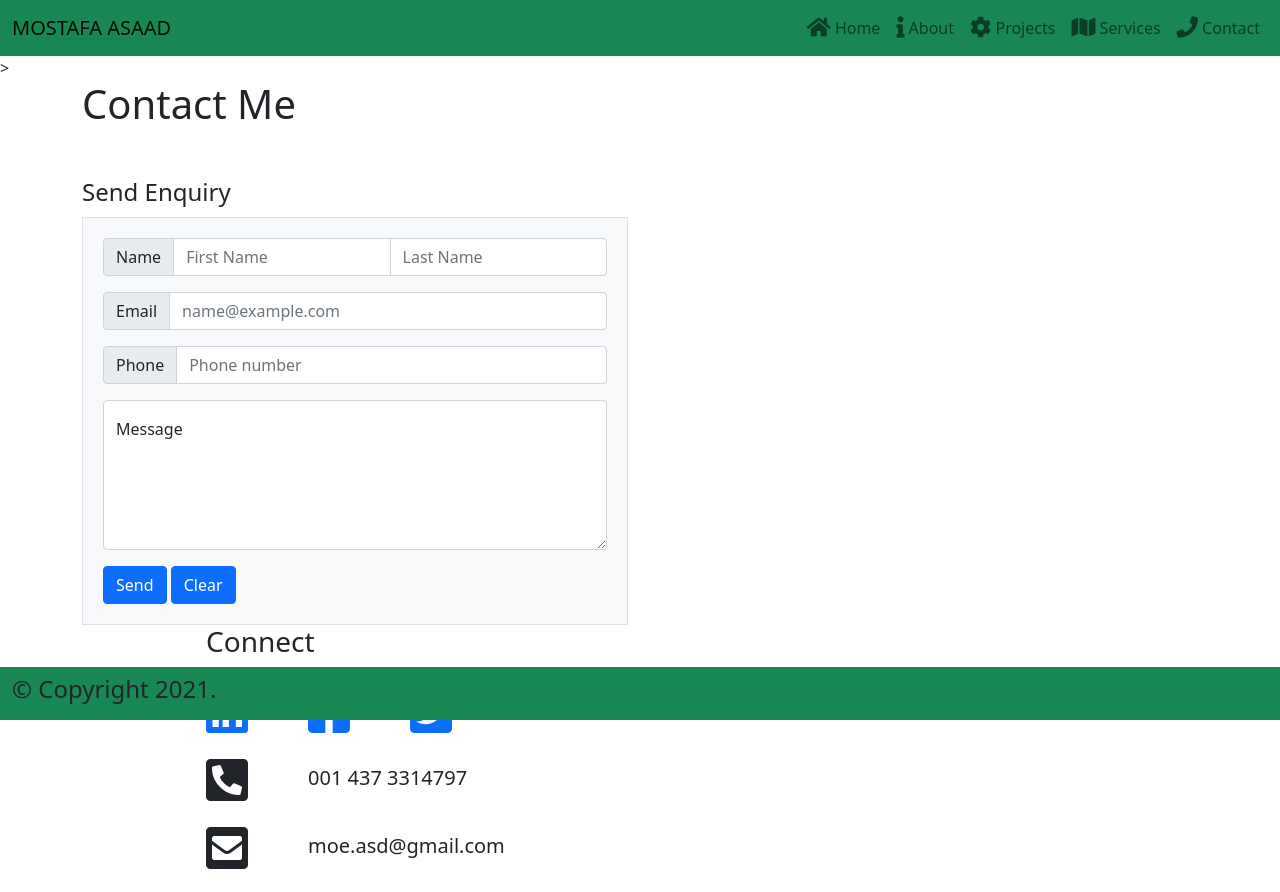
Repository: Mostafa-Asaad/Portfolio
Page: http://localhost/contact
An editor plug-in stored every save of this project. The page is shown before and after the next save, followed by the edit.
The browser window is 1280 px wide. The pictures show the whole page.
The page is served by the project's Node server (index.js).

Above is the page before, as saved 2021-06-04 17:19:49.

After the next save:
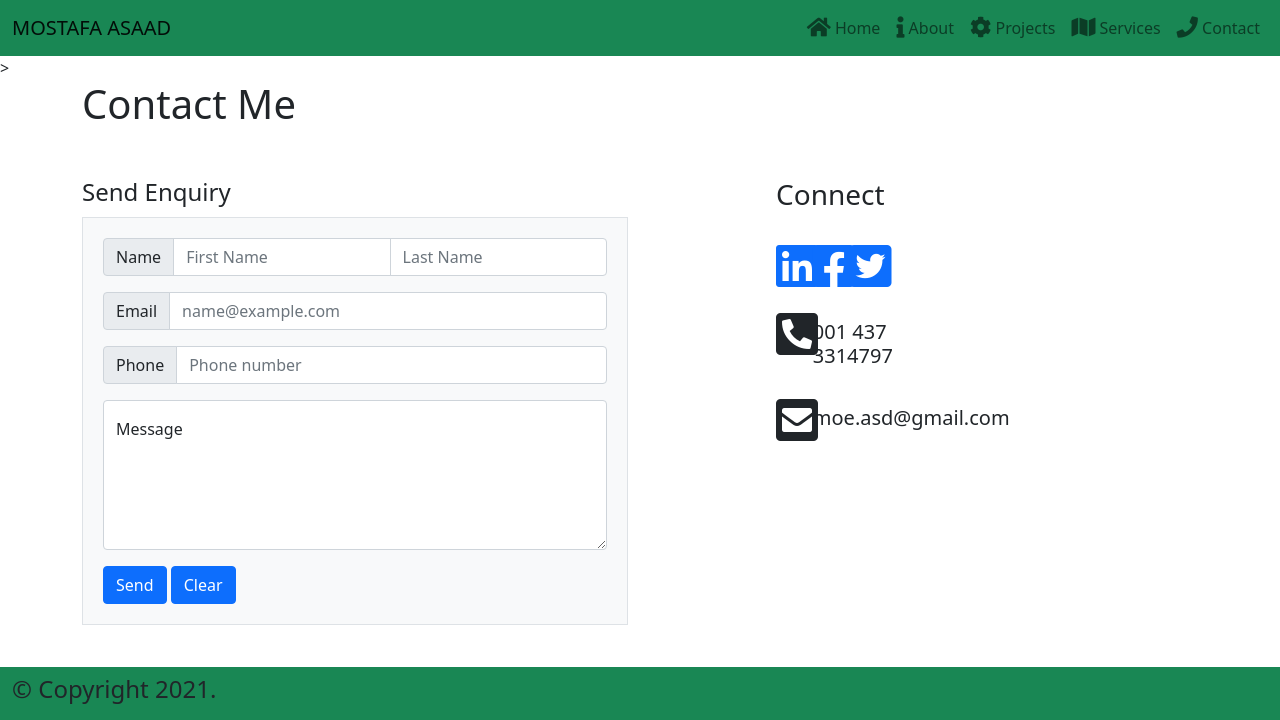
Saved 6 s later.
--- a/Server/Views/content/contact.ejs
+++ b/Server/Views/content/contact.ejs
@@ -42,7 +42,7 @@
       </div>
     </div>
   <!-- Connect Buttons -->
-    <div class="col-8">
+    <div class="col">
       <div class="container-fluid ">
         <div style= "margin-left:100px;">
           <div style= "margin-bottom:30px;">
